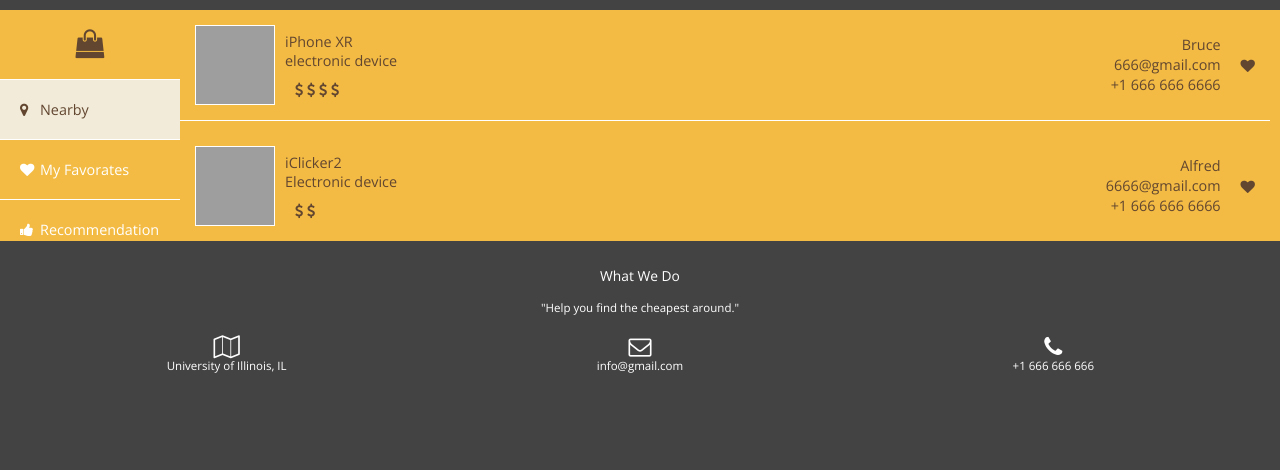
Repository: dongxin2/Online-Flea-Market
Page: http://localhost/Jupiter/
These files come from the project's save history. The page is drawn as it stood at one moment and after the next save; the edit follows.
The browser window is 1280 px wide. The pictures show the part of the page from y = 250 to 721 px (the page is 720 px tall before and 721 px after).
Pictures or frames that could not be fetched are drawn as grey boxes. Some web libraries are served in a nearby version. The page is served by Tomcat 9. Other server files are loaded and not shown.

Above is the page before, as saved 2019-03-24 04:05:50.

### workspace/Jupiter/WebContent/index.html
<!DOCTYPE html>
<html>
<head>
  <meta charset="UTF-8">
  <meta name="description" content="Item Recommendation">
  <meta name="author" content="Your Name">
  <link href='https://fonts.googleapis.com/css?family=Open+Sans:400,300,700' rel='stylesheet' type='text/css'>
  <link rel="stylesheet" href="https://maxcdn.bootstrapcdn.com/font-awesome/4.5.0/css/font-awesome.min.css">
  <link rel="stylesheet" href="styles/main.css">
  <title>Home Page</title>
</head>
<body>
  <header class="top-header">
    <i class="avatar fa fa-user fa-2x"></i>
    <nav class="top-nav">
      <a href="#">Home</a>
      <a href="#">Contact</a>
      <a href="#">About</a>
    </nav>
    <span id="welcome-msg"></span>
  </header>
  <section class="container">
    <header>
      <p><span>Online</span> <br/> Flea Market</p>
    </header>
    <div class="main-section">
      <aside>
        <div class="nav-icon">
          <i class="fa fa-shopping-bag fa-2x"></i>
        </div>
        <nav class="main-nav">
          <a href="#" id="nearby-btn" class="main-nav-btn active">
             <i class="fa fa-map-marker"></i>Nearby
          </a>
          <a href="#" id="fav-btn" class="main-nav-btn">
            <i class="fa fa-heart"></i>My Favorates
          </a>
          <a href="#" id="recommend-btn" class="main-nav-btn">
            <i class="fa fa-thumbs-up"></i>Recommendation
          </a>
        </nav>
      </aside>
      <ul class="restaurant-list">
        <li class="restaurant">
          <img alt="restaurant image" src="https://cdn.vox-cdn.com/thumbor/4nOocrwrwul2VZax_BdyHyKkDR4=/0x0:2640x1748/1820x1213/filters:focal(1109x663:1531x1085)/cdn.vox-cdn.com/uploads/chorus_image/image/60675421/twarren_iphonesim_1.1533038365.jpg" />
          <div>
            <a href="#" class="restaurant-name">iPhone XR</a>
            <p class="restaurant-category">electronic device</p>
            <div class="stars">
              <i class="fa fa-usd"></i>
              <i class="fa fa-usd"></i>
              <i class="fa fa-usd"></i>
              <i class="fa fa-usd"></i>
            </div>
          </div>
          <p class="restaurant-address">Bruce<br/>666@gmail.com<br/> +1 666 666 6666</p>
          <div class="fav-link">
            <i class="fa fa-heart"></i>
          </div>
        </li>
        <li class="restaurant">
          <img alt="restaurant image" src="https://bloximages.newyork1.vip.townnews.com/purdueexponent.org/content/tncms/assets/v3/editorial/d/25/d25f5715-956a-51fb-a6ab-5f9020e08ec8/4ecb2c760e213.image.jpg?resize=584%2C759" />
          <div>
            <a href="#" class="restaurant-name">iClicker2</a>
            <p class="restaurant-category">Electronic device</p>
            <div class="stars">
              <i class="fa fa-usd"></i>
              <i class="fa fa-usd"></i>
            </div>
          </div>
          <p class="restaurant-address">Alfred<br/>6666@gmail.com<br/> +1 666 666 6666</p>
          <div class="fav-link">
            <i class="fa fa-heart"></i>
          </div>
        </li>
      </ul>
    </div>
  </section>
    <footer>
    <p class="title">What We Do</p>
    <p>"Help you find the cheapest around."</p>
    <ul>
      <li>
        <p><i class="fa fa-map-o fa-2x"></i></p>
        <p>University of Illinois, IL</p>
      </li>
      <li>
        <p><i class="fa fa-envelope-o fa-2x"></i></p>
        <p>info@gmail.com</p>
      </li>
      <li>
        <p><i class="fa fa-phone fa-2x"></i></p>
        <p>+1 666 666 666</p>
      </li>
    </ul>
  </footer>
<!--   <script src="https://rawgit.com/emn178/js-md5/master/build/md5.min.js"></script>
  <script src="scripts/main.js"></script> -->
</body>
</html>

### workspace/Jupiter/WebContent/styles/main.css
* {
  box-sizing: border-box;
  margin: 0;
  padding: 0;
}

body {
  background: #434343;
  color: white;
  font-family: 'Open Sans', sans-serif;
  font-weight: 300;
  font-size: 0.9em;
}

ul {
  list-style: none;
}

.top-header {
  width: 100%;
  height: 60px;
  background: #DF574B;
  display: flex;
  align-items: center;
  position: fixed;
  z-index: 1;
  box-shadow: 0px 2px 10px #333;
}

.avatar {
  background-color: white;
  color: #333;
  border-radius: 50%;
  height: 40px;
  margin-left: 20px;
  padding-left: 9px;
  padding-top:5px;
  width: 40px;
}

.top-nav a {
  margin-left: 20px;
  color: #F9F9F9;
  text-decoration: none;
  font-weight: 400;
}

.container > header {
  height: 250px;
  background: url('http://prophoto.com.cy/wp-content/galleries/food/food-restaurant-photographer-cyprus-10.jpg') no-repeat 50% 50%;
  display: flex;
  align-items: center;
  background-size: 100%;
}

.container > header p {
  font-weight: 400;
  font-size: 2em;
  margin-left: 220px;
  border-left: 1px solid white;
  padding-left: 5px;
}

.container > header span {
  color: #FBAF41;
}


.main-section {
  background: #F3BB43;
  //height: 500px; // to be changed
}

.main-section aside {
  float: left;
  width: 180px;
}

.nav-icon {
  color: #624630;
  padding: 20px;
  text-align: center;
}

.main-nav-btn {
  background: none;
  color: white;
  display: block;
  text-decoration: none;
  padding: 20px;
  border-top: 1px solid white;
  text-align: left;
}

.main-nav-btn:hover {
  background: rgba(255, 255, 255, 0.8);
  color: #624630;
}

.main-nav-btn.active {
  background: #F2EBD9;
  color: #624630;
}

.main-nav-btn i{
  width: 20px;
}


/**
 * item list
 */


.item-list {
  list-style:  none;
  margin-left: 180px;
  min-height:  250px;
  padding:     10px;
  background:  #F2EBD9;
}

.restaurant {
  display: flex;
  align-items: center;
  color: #624630;
  border-bottom: 1px solid white;
  margin: 10px;
  padding: 15px;
}

.restaurant:hover {
  background: rgba(255, 255, 255, 0.8);
}

.restaurant:last-child {
  border: none;
}

.restaurant img {
  border: 1px solid #FFFFFF;
  height: 80px;
  width:  80px;
}

.restaurant div:first-of-type {
  flex: 1;
  margin-left:  10px;
  margin-right: 10px;
}

.restaurant-name {
  color: #624630;
  font-weight:     400;
  text-decoration: none;
}

.restaurant-name:hover {
  text-decoration: underline;
}

.restaurant-address {
  line-height: 20px;
  padding-right: 20px;
  text-align: right;
}

.stars {
  padding-top: 10px;
}

footer {
  background: #434343;
  font-size:  0.8em;
  height:     200px;
  position:   relative;
}

footer p {
  text-align: center;
}

footer p.title {
  font-size: 1.2em;
  padding:   15px;
}

footer ul {
  display: flex;
  align-items: center;
  padding: 20px;
}

footer ul li {
   flex: 1;
}

After the next save:
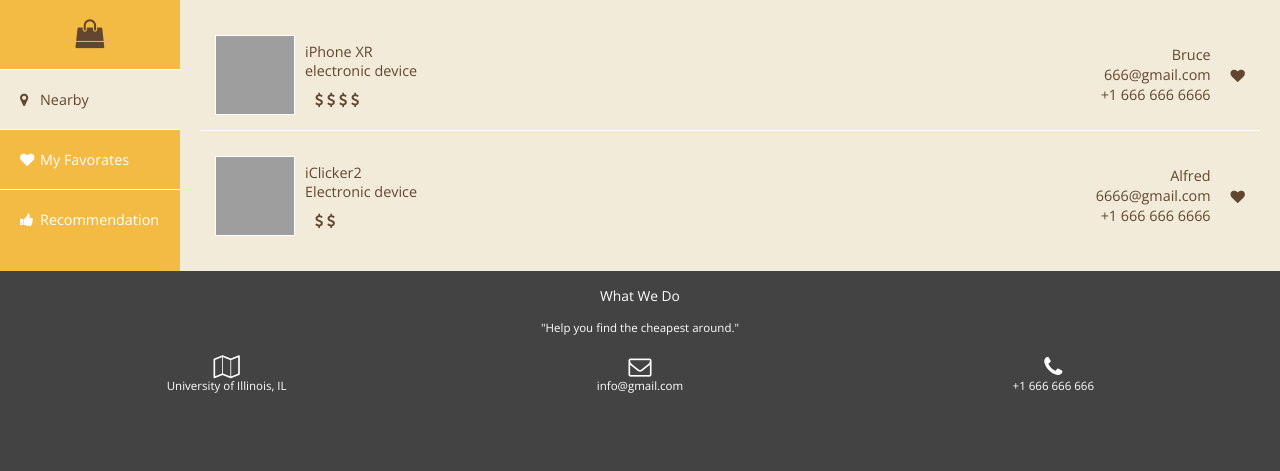
Saved 7 s later.
--- a/workspace/Jupiter/WebContent/styles/main.css
+++ b/workspace/Jupiter/WebContent/styles/main.css
@@ -112,7 +112,7 @@
  */
 
 
-.item-list {
+.restaurant-list {
   list-style:  none;
   margin-left: 180px;
   min-height:  250px;

After the save that followed:
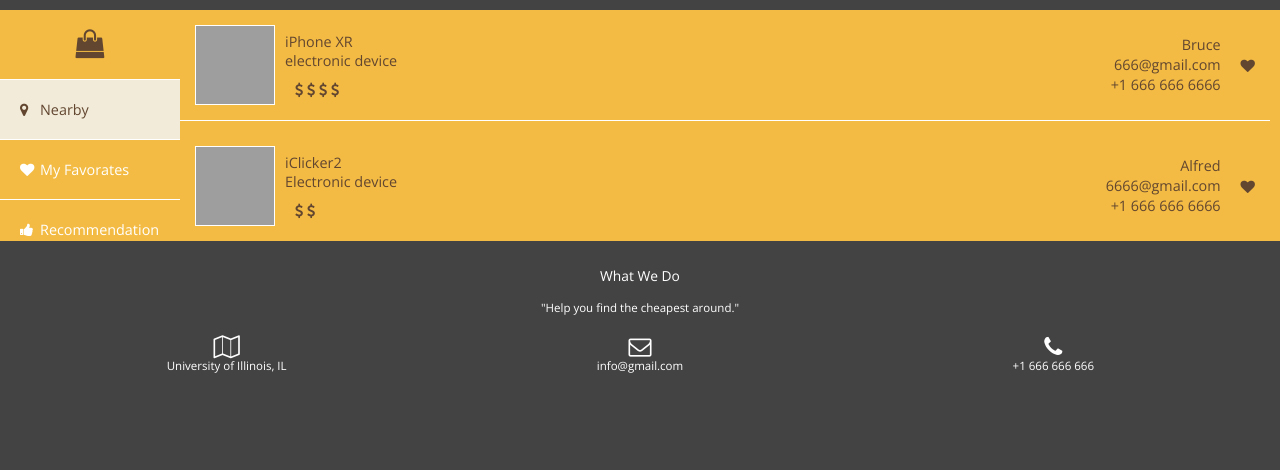
Saved 14 s later.
--- a/workspace/Jupiter/WebContent/styles/main.css
+++ b/workspace/Jupiter/WebContent/styles/main.css
@@ -112,7 +112,7 @@
  */
 
 
-.restaurant-list {
+#restaurant-list {
   list-style:  none;
   margin-left: 180px;
   min-height:  250px;
